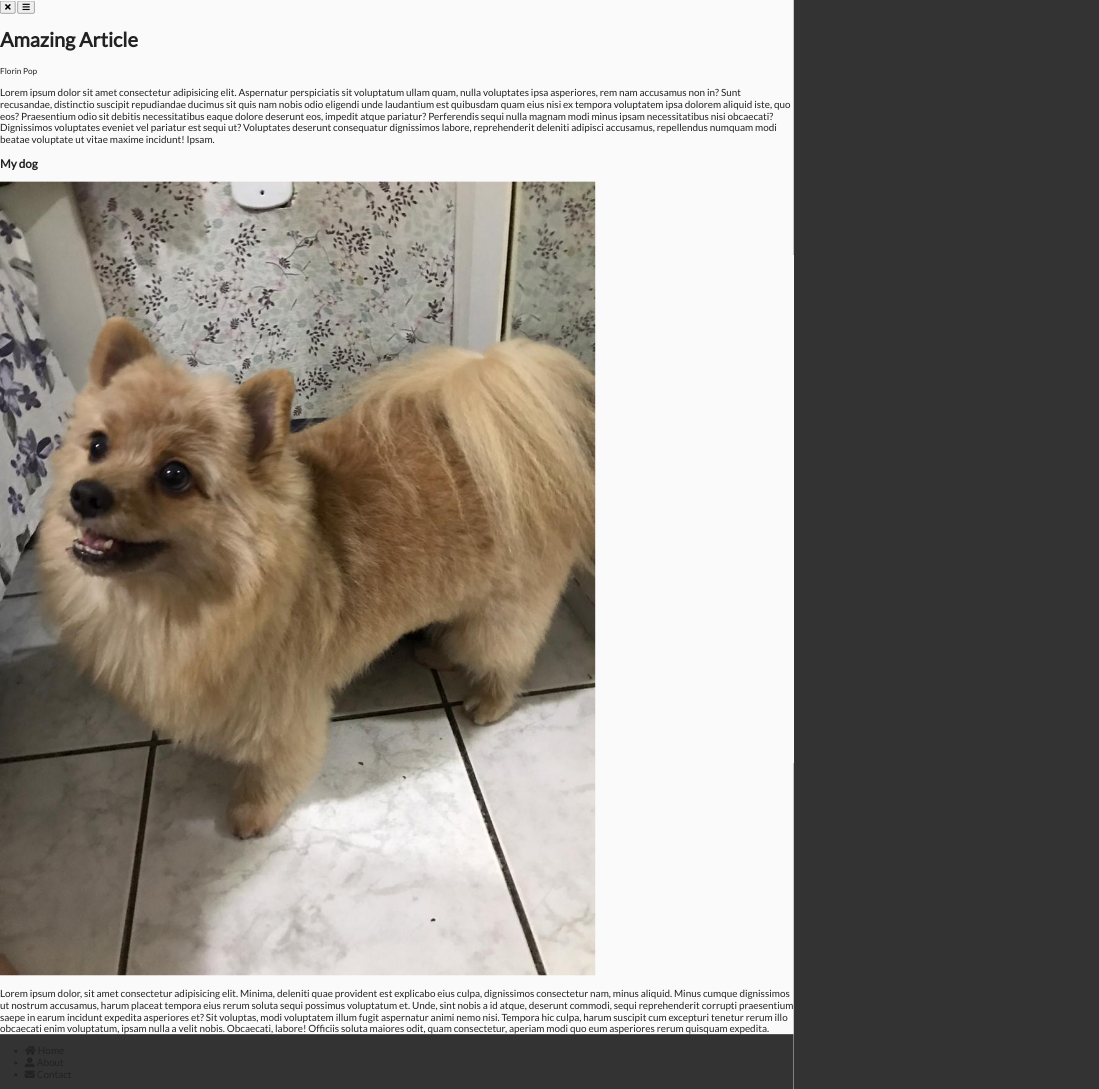
Repository: Williamlmachado/Rotating-Navigation
Page: index.html
An editor plug-in stored every save of this project. The page is shown before and after the next save, followed by the edit.
The browser window is 1280 px wide. The page is 1280 px wide, then 1773 px, so the pictures cover 1773 px, including what lies to the right of the window. The pictures show the whole page, at 62% of full size.
Some web libraries are served in a nearby version.

Above is the page before, as saved 2021-08-13 09:38:59.

After the next save:
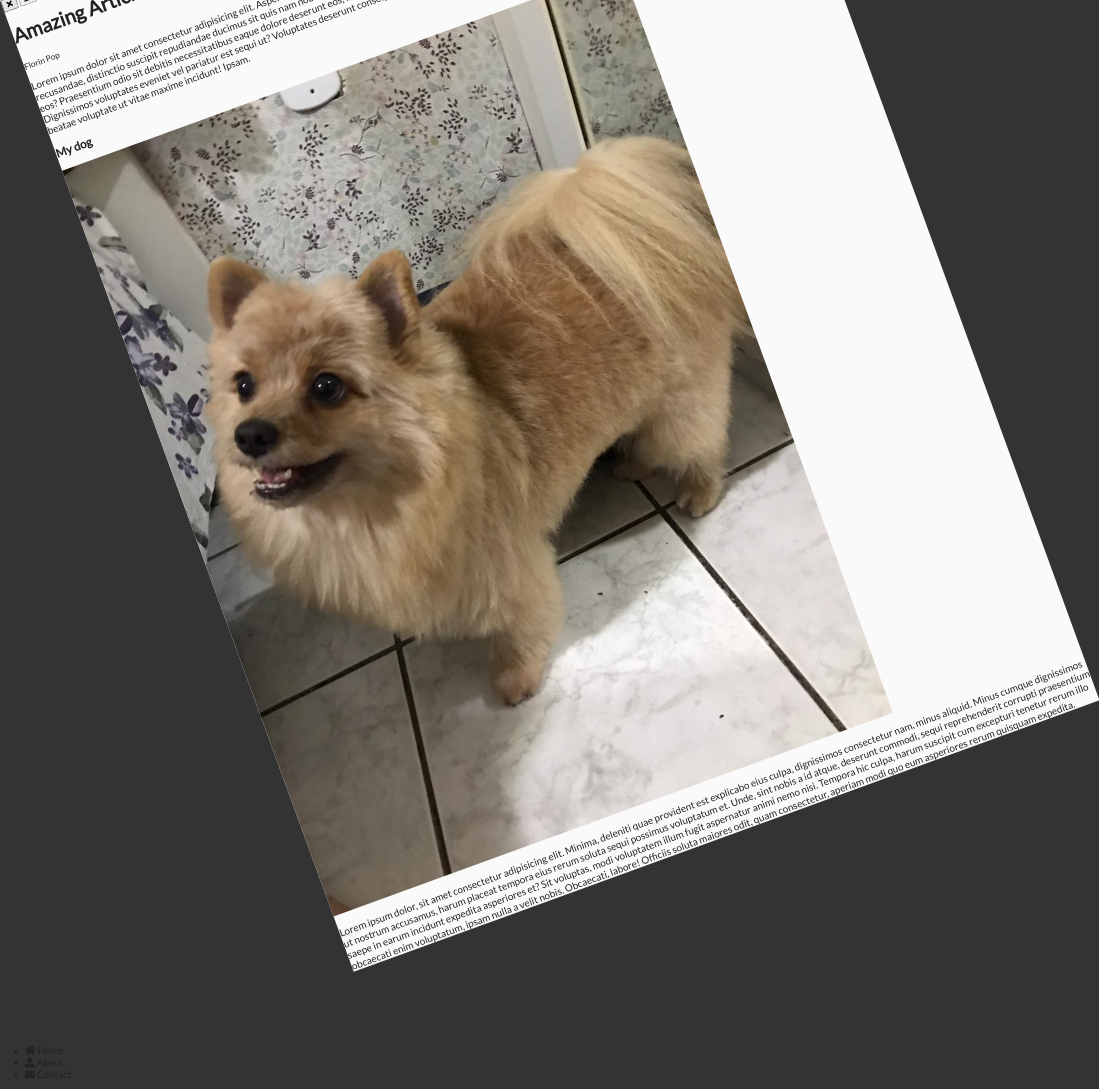
Saved 25 s later.
--- a/index.html
+++ b/index.html
@@ -8,7 +8,7 @@
     <title>Rotating Navigation</title>
   </head>
   <body>
-      <div class="container">
+      <div class="container show-nav">
           <div class="circle-container">
               <div class="circle">
                 <button id="close">
